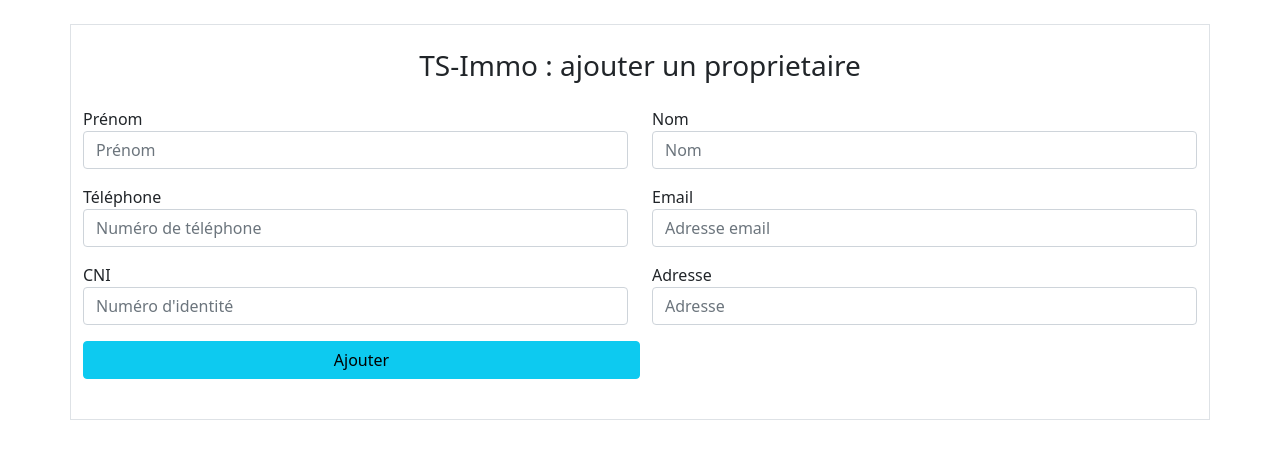
Repository: saliou-t/TS-IMMO
Page: http://localhost/src/views/proprietaire/new.html.php
These files come from the project's save history. The page is drawn as it stood at one moment and after a run of saves; the edit follows.
The browser window is 1280 px wide. The pictures show the whole page.
The page is run by PHP 8.4 with error messages shown; the project is at /var/www/html/.

Above is the page before, as saved 2022-04-03 14:52:39.

### src/views/proprietaire/new.html.php
<!DOCTYPE html>
<html lang="en">
<head>
    <meta charset="UTF-8">
    <meta http-equiv="X-UA-Compatible" content="IE=edge">
    <meta name="viewport" content="width=device-width, initial-scale=1.0">
    <link href="https://cdn.jsdelivr.net/npm/bootstrap@5.1.3/dist/css/bootstrap.min.css" rel="stylesheet" integrity="sha384-1BmE4kWBq78iYhFldvKuhfTAU6auU8tT94WrHftjDbrCEXSU1oBoqyl2QvZ6jIW3" crossorigin="anonymous">
    <title>Ajouter Proprietaire</title>

</head>
<body>

<div class="container jumbotron">
    <div class="row border py-4 my-4">
        <h3 class="text-center ">TS-Immo : ajouter un proprietaire</h3>
        <form action="" methode="POST">
            <div class="row my-3">
                <div class="col">
                    <label for="Prénom">Prénom</label>
                    <input class="form-control" name ="prenom" type="text" placeholder="Prénom">
                </div>
                <div class="col">
                    <label for="nom">Nom</label>
                    <input class="form-control" name="nom" type="text" placeholder="Nom">
                </div>
            </div>
            <div class="row my-3">
                <div class="col">
                    <label for="telephone">Téléphone</label>
                    <input class="form-control" name="telephone" type="text" placeholder="Numéro de téléphone">
                </div>
                <div class="col">
                    <label for="email">Email</label>
                    <input class="form-control" name="email" type="text" placeholder="Adresse email">
                </div>
            </div>
            <div class="row">
                <div class="col">
                    <label for="cni">CNI</label>
                    <input class="form-control" name="CNI" type="text" placeholder="Numéro d'identité">
                </div>
                <div class="col">
                    <label for="adresse">Adresse</label>
                    <input class="form-control" name="adresse" type="text" placeholder="Adresse">
                </div>
            </div>
            <div class="row my-3 justify-content-around">
                <div class="col ">
                    <a class="btn btn-info w-50" href="">Ajouter</a>
                </div>
            </div>
        </form>
    </div>
</div>
</body>
</html>

After the next 2 saves:
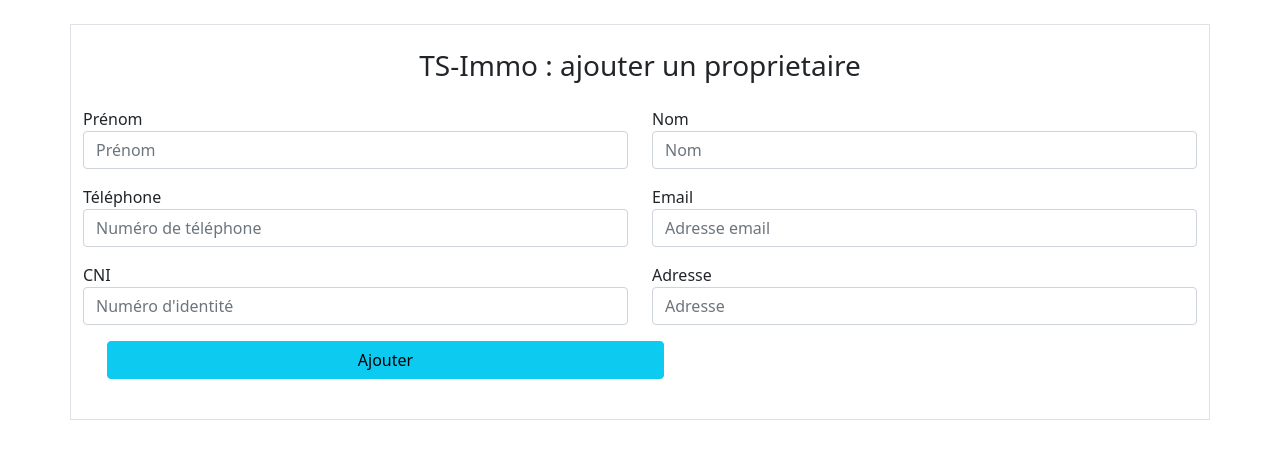
The 2 saves are shown as one change because they came seconds apart.
The last was saved 8 s later.
--- a/src/views/proprietaire/new.html.php
+++ b/src/views/proprietaire/new.html.php
@@ -46,7 +46,7 @@
             </div>
             <div class="row my-3 justify-content-around">
                 <div class="col ">
-                    <a class="btn btn-info w-50" href="">Ajouter</a>
+                    <a class="btn btn-info mx-4 w-50" href="">Ajouter</a>
                 </div>
             </div>
         </form>
